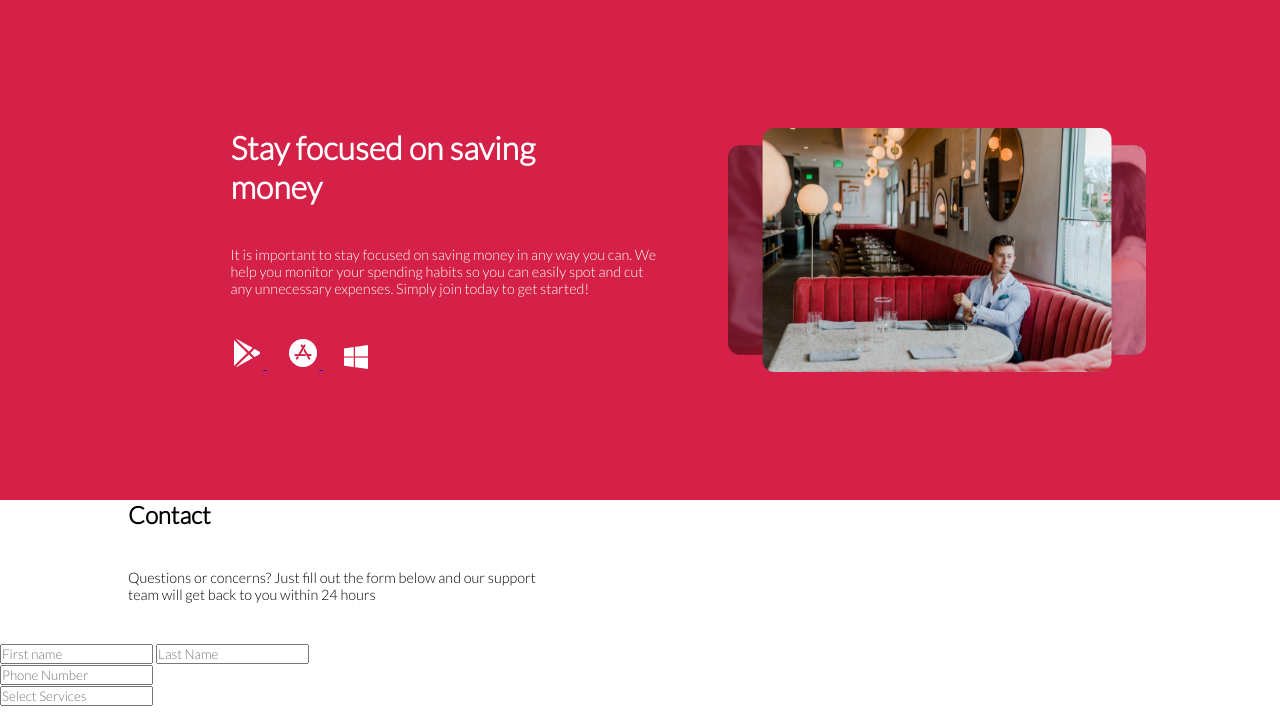
Repository: batonAnton/Cursor_lecture4
Page: index.html
These files come from the project's save history. The page is drawn as it stood at one moment and after the next save; the edit follows.
The browser window is 1280 px wide. The pictures show the whole page.

Above is the page before, as saved 2022-06-08 14:59:41.

### index.html
<!DOCTYPE html>
<html lang="en">
<head>
    <meta charset="UTF-8">
    <meta http-equiv="X-UA-Compatible" content="IE=edge">
    <meta name="viewport" content="width=device-width, initial-scale=1.0">
    <title>CloudBudget Freebie</title>
    <link rel="preconnect" href="https://fonts.googleapis.com">
    <link rel="preconnect" href="https://fonts.gstatic.com" crossorigin>
    <link href="https://fonts.googleapis.com/css2?family=Lato:wght@300&display=swap" rel="stylesheet">
    <link rel="stylesheet" href="css/style.css">
</head>
<body>
    <header>
        <div class="info-box">
            <h1>Stay focused on saving <br> money</h1>
            <p>It is important to stay focused on saving money in any way you can. We <br> help you monitor your spending habits so you can easily spot and cut <br> any unnecessary expenses. Simply join today to get started!</p>

            <div class="link_source">
                <a href="https://play.google.com/store/games?hl=uk&gl=US">
                    <img src="/image/icon/google_play.png" alt="icon-google">
                </a>
                <a href="https://www.apple.com/ua/app-store/">
                    <img src="/image/icon/apstore.png" alt="icon-apstore">
                </a>
                <a href="https://www.microsoft.com/uk-ua/software-download/windows10">
                    <img src="/image/icon/windows.png" alt="icon-windows">
                </a>
            </div>
        </div>

        <div class="big_img"></div>
    </header>

    <section>
        <div class="info-box">
            <h1>Contact</h1>
            <p>Questions or concerns? Just fill out the form below and our support <br> team will get back to you within 24 hours</p>
        </div>

        <div class="input-fields">
            <form>
                <input type="text" id="fname" placeholder="First name" name="fname">
                <input type="text" id="lname" placeholder="Last Name" name="lname"> <br>
                <input type="number" name="" id="" placeholder="Phone Number"> <br>
                <input list="browsers" placeholder="Select Services" name="service">
                <datalist id="browsers">
                    <option value="Service1">
                    <option value="Service2">
                    <option value="Service3">
                    <option value="Service4">
                    <option value="Service5">
                </datalist>
              </form>
        </div>
    </section>
</body>
</html>

### css/style.css
* {
  font-family: "Lato", sans-serif;
  margin: 0;
  padding: 0;
  box-sizing: border-box;
}

header {
  width: 100%;
  height: 20%;
  padding: 10%;
  color: #ffffff;
  display: inline-flex;
  background-color: #d52047;
}

.info-box {
  width: 80%;
  margin-left: 10%;
}

.info-box p {
  width:90% ;
  margin: 40px 0;
  font-size: 0.9rem;
}

.link_source a{
    margin-left: -19px;
    padding: 0 20px;
}

.big_img {
    background-image: url("/image/Photo.png");
    width: 70%;
        /* height: 311px; */
    background-repeat: no-repeat;
    background-position: center;
    background-size: contain;
}

After the next save:
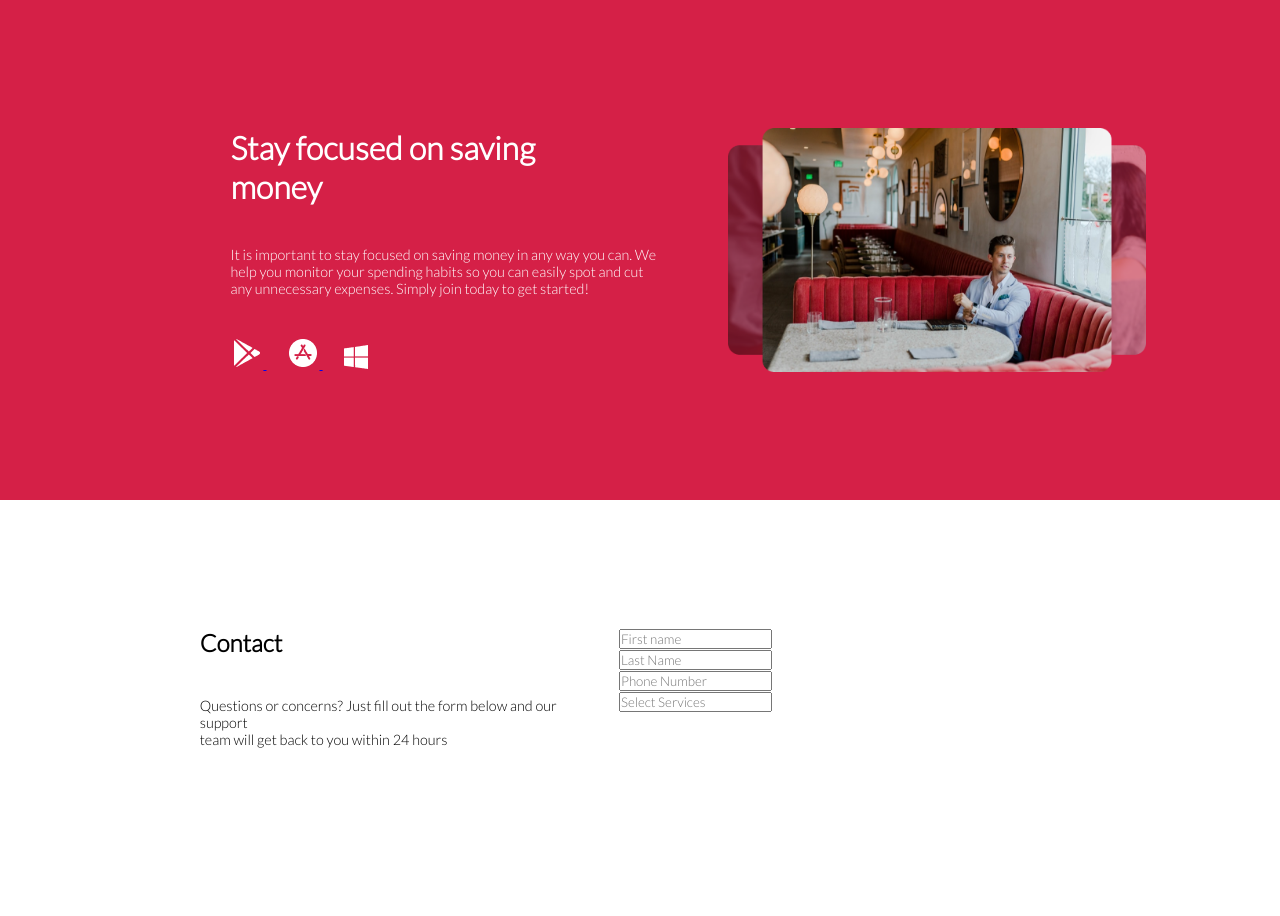
Saved 2 min 31 s later.
--- a/css/style.css
+++ b/css/style.css
@@ -38,3 +38,14 @@ header {
     background-position: center;
     background-size: contain;
 }
+
+                                       /* Section */
+section{
+    color: #000000;
+    display: inline-flex;
+    padding: 10%;
+}
+
+section .info-box{
+    margin-left: 10%;
+}
